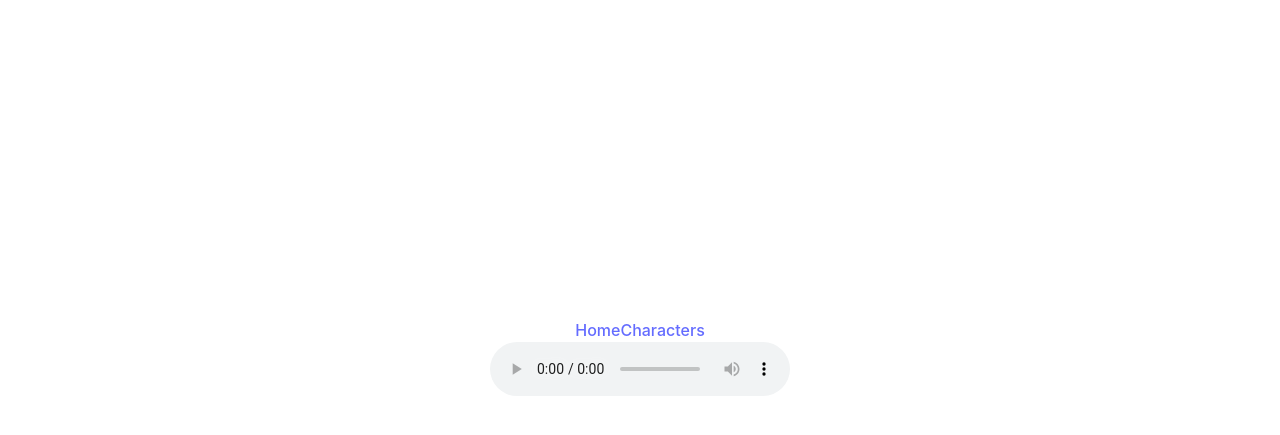
Repository: abelcabezaroman/react-dragon-ball
Page: /
An editor plug-in stored every save of this project. The page is shown before and after the next save, followed by the edit.
The browser window is 1280 px wide. The pictures show the whole page.
The project was rebuilt for these pictures with package versions that can differ from the ones it lists, and the page was loaded fresh each time. Also part of the build but not shown: vite.config.js, src/components/Form/Form.jsx, src/components/Gallery/Gallery.scss, src/components/Gallery/Gallery.jsx, src/pages/CharactersPage/CharactersPage.jsx, src/pages/CharactersNewPage/CharactersNewPage.jsx, src/pages/CharactersEditPage/CharactersEditPage.jsx, src/pages/CharactersDetailPage/CharactersDetailPage.jsx.

Above is the page before, as saved 2024-04-08 11:43:38.

After the next save:
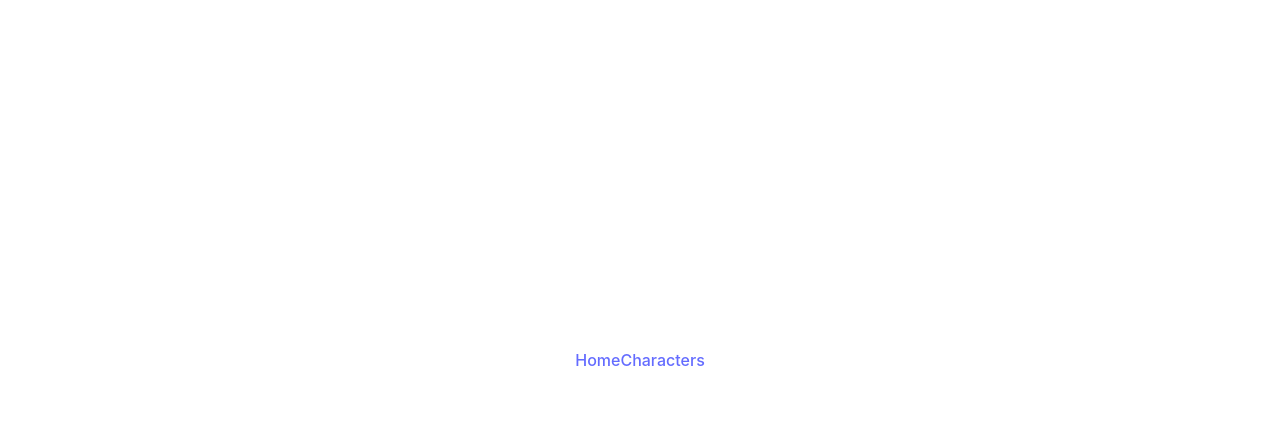
Saved 7 s later.
--- a/src/pages/HomePage/HomePage.jsx
+++ b/src/pages/HomePage/HomePage.jsx
@@ -6,7 +6,7 @@
 
   return (
     <div>
-      <audio src="dragon.mp3" controls></audio>
+      <audio src="dragon.mp3" autoPlay></audio>
     </div>
   )
 }

After the save that followed:
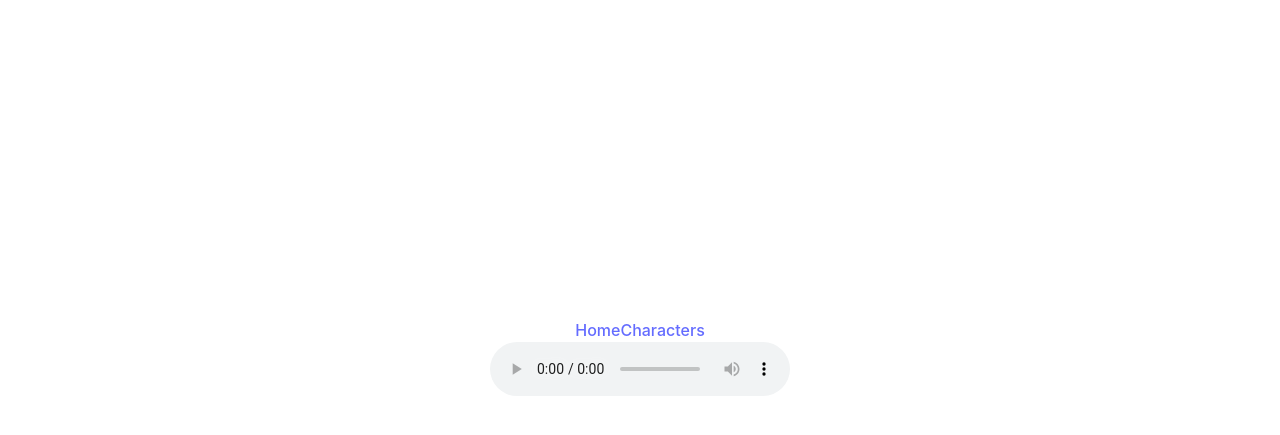
Saved 11 s later.
--- a/src/pages/HomePage/HomePage.jsx
+++ b/src/pages/HomePage/HomePage.jsx
@@ -6,7 +6,7 @@
 
   return (
     <div>
-      <audio src="dragon.mp3" autoPlay></audio>
+      <audio src="dragon.mp3" controls></audio>
     </div>
   )
 }
